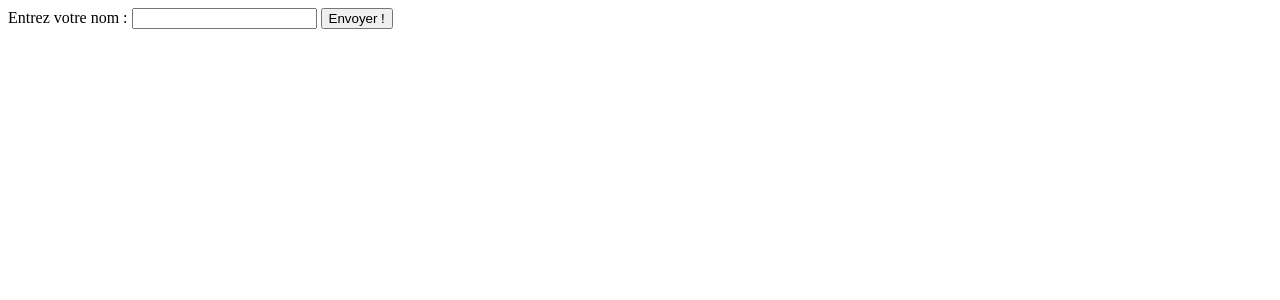
Repository: samoteur13/laravel_crud
Page: http://localhost/users
These files come from the project's save history. The page is drawn as it stood at one moment and after a run of saves; the edit follows.
The browser window is 1280 px wide. The pictures show the whole page.
The page is served by the project's Laravel application, run on PHP 8.4 with Laravel 10.

Above is the page before, as saved 2023-03-31 15:14:47.

After the next 2 saves:
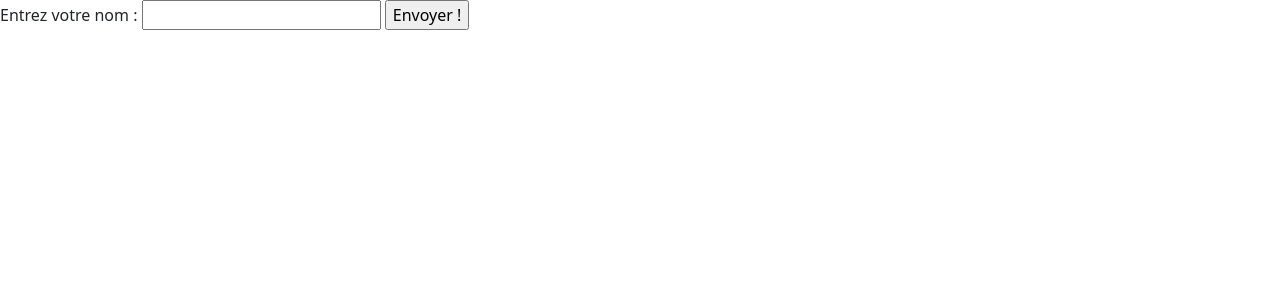
The 2 saves are shown as one change because they came seconds apart.
The last was saved 46 s later.
--- a/resources/views/template.blade.php
+++ b/resources/views/template.blade.php
@@ -1,8 +1,20 @@
-<!doctype html>
+<!DOCTYPE html>
 <html lang="fr">
 
 <head>
-    <meta charset="UTF-8">
+    <meta charset="utf-8">
+    <meta name="viewport" content="width=device-width, initial-scale=1">
+    <title>Mon joli site</title>
+    <link href="https://cdn.jsdelivr.net/npm/bootstrap@5.2.3/dist/css/bootstrap.min.css" rel="stylesheet">
+    <style>
+        textarea {
+            resize: none;
+        }
+
+        .card {
+            width: 25em;
+        }
+    </style>
 </head>
 
 <body>
